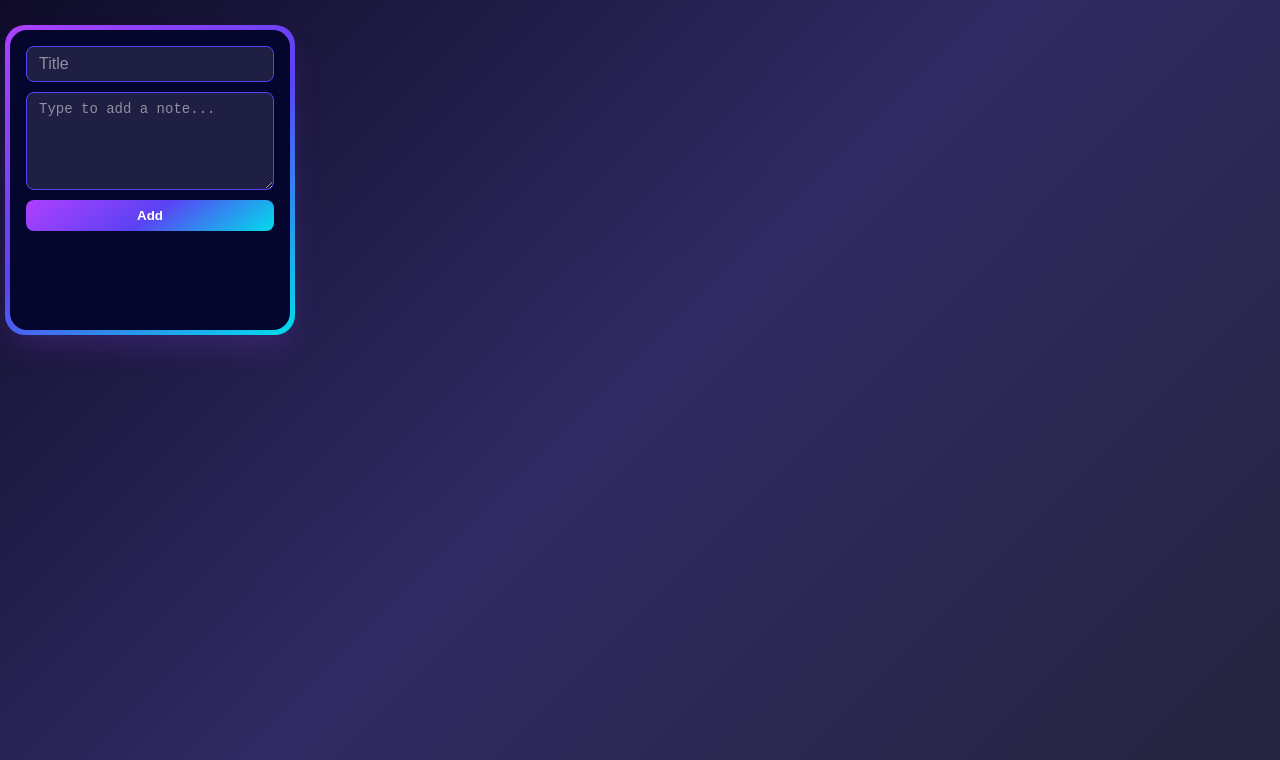
Repository: AJANI2005/Notes-App
Page: /
The author's editor kept a copy of each file at every save. The page is drawn from the files as they stood at one save, then again after the next save.
The browser window is 1280 px wide. The pictures show the whole page.
The project was rebuilt for these pictures with package versions that can differ from the ones it lists, and the page was loaded fresh each time. Also part of the build but not shown: vite.config.ts, src/style/dialogbox.css, src/DialogBox.tsx.

Above is the page before, as saved 2025-07-31 18:36:40.

### src/index.css
:root {
  font-family: system-ui, Avenir, Helvetica, Arial, sans-serif;
  font-synthesis: none;
  text-rendering: optimizeLegibility;
  -webkit-font-smoothing: antialiased;
  -moz-osx-font-smoothing: grayscale;
}

### src/App.tsx
import { useEffect, useState } from 'react';

// styles
import "./App.css"
import "./style/note.css"
import DialogBox from './DialogBox';


interface Note {
  id: number
  title: string;
  text: string;
}

const Note = () => {
  const [text, setText] = useState('');
  const [title, setTitle] = useState('');


  //Initialize Local Storage
  useEffect(() => {
    if (!localStorage.getItem("notes")) {
      localStorage.setItem("notes", JSON.stringify([]))
    }
    if (localStorage.getItem("title")) {
      setTitle(JSON.parse(localStorage.getItem("title")!))
    }
    if (localStorage.getItem("text")) {
      setText(JSON.parse(localStorage.getItem("text")!))
    }
  }, [])

  // Store Current Data (On Refresh)
  useEffect(() => {
    if (text === '' && title === '') return
    localStorage.setItem("title", JSON.stringify(title))
    localStorage.setItem("text", JSON.stringify(text))
  }, [text, title])

  const createNote = () => {
    const note = {
      id: Date.now(),
      title: title,
      text: text
    } as Note

    // add note
    const notes = JSON.parse(localStorage.getItem("notes")!)
    notes.push(note)
    localStorage.setItem("notes", JSON.stringify(notes))

    // reset state
    setTitle("")
    setText("")
    localStorage.setItem("title", JSON.stringify(""))
    localStorage.setItem("text", JSON.stringify(""))
  }

  return (
    <form className='note'>
      <div className="note-content">
        <input
          value={title}
          placeholder='Title'
          onChange={(e) => setTitle(e.target.value)}
          type="text" className='note-title-input' />
        <textarea
          value={text}
          onChange={(e) => setText(e.target.value)}
          className='note-input'
          placeholder='Type to add a note...'></textarea>
        <button className='addBtn' onClick={createNote}>Add</button>
      </div>

    </form>
  )
}

function App() {

  const [notes, setNotes] = useState([]);



  const [editing, setEditing] = useState(false);
  const [currentNote, setCurrentNote] = useState<Note | undefined>(undefined);


  //Initialize Local Storage
  useEffect(() => {
    if (localStorage.getItem("notes")) {
      setNotes(JSON.parse(localStorage.getItem("notes")!))
    }
  }, [])

  //Save current note
  const saveNote = () => {
    const notes = JSON.parse(localStorage.getItem("notes")!)
    const index = notes.findIndex((note: Note) => note.id === currentNote?.id)
    notes[index] = currentNote
    localStorage.setItem("notes", JSON.stringify(notes))
    setEditing(false)
    // refresh
    window.location.reload()
  }
  //Delete note
  const deleteNote = () => {
    const notes = JSON.parse(localStorage.getItem("notes")!)
    const index = notes.findIndex((note: Note) => note.id === currentNote?.id)
    notes.splice(index, 1)
    localStorage.setItem("notes", JSON.stringify(notes))
    setEditing(false)
    // refresh
    window.location.reload()
  }

  return (
    <div className='app'>
      <Note />
      {/* Display Notes */}
      <div className='notes-grid'>
        {notes.map((note: Note, index) => (
          <div key={index} className='note'>
            <div className='note-content'>
              <h2 className='note-title'>{note.title}</h2>
              <p className='note-text'>{note.text}</p>
              <button className='deleteBtn'
                onClick={deleteNote}>✖</button>
              <button className='editBtn' onClick={() => {
                setEditing(true);
                setCurrentNote(note);
              }}
              >📝</button>
            </div>
          </div>))}
      </div>

      {/* Edit Dialog Box */}
      <DialogBox isOpen={editing} onClose={() => setEditing(false)}>
        <form className='note'>
          <div className='note-content'>
            <input
              value={currentNote?.title}
              placeholder='Title'
              onChange={(e) => setCurrentNote({ ...currentNote, title: e.target.value } as Note)}
              type="text" className='note-title-input' />

            <textarea
              value={currentNote?.text}
              onChange={(e) => setCurrentNote({ ...currentNote, text: e.target.value } as Note)}
              className='note-input'
              placeholder='Type to add a note...'></textarea>

            <button className='addBtn' onClick={() => {
              saveNote()
              setEditing(false)
            }}>Save</button>
          </div>
        </form>
      </DialogBox>
    </div>
  )
}

export default App

### src/App.css
body {
  margin: 0;
  font-family: 'Inter', sans-serif;
  background: linear-gradient(135deg, #0f0c29, #302b63, #24243e);
  min-height: 100vh;
  padding: 20px 0;
  color: white;
}

### src/style/note.css
/* Outer Note Card - gradient like .card */
.note {
  display: flex;
  flex-direction: column;
  padding: 5px; /* leave room for inner card content */
  width: 280px;
  height: 300px; /* optional fixed height for card-like look */
  border-radius: 20px;
  background-image: linear-gradient(144deg, #AF40FF, #5B42F3 50%, #00DDEB);
  box-shadow: rgba(151, 65, 252, 0.2) 0 15px 30px -5px;
  margin:5px;
  position: relative;
  transition: transform 0.2s ease;
}

.note:hover {
  transform: translateY(-3px);
}

/* Inner dark content like .card__content */
.note-content {
  background: rgb(5, 6, 45); /* dark inner content */
  border-radius: 17px;
  flex: 1;
  padding: 16px;
  display: flex;
  flex-direction: column;
  gap: 10px;
  padding-bottom: 50px; /* make space for delete/edit buttons */
  color: white;
  position: relative;
}

/* Title input */
.note-title-input {
  padding: 8px 12px;
  font-size: 16px;
  font-weight: 500;
  border-radius: 8px;
  border: 1px solid #5B42F3;
  background: rgba(255,255,255,0.1);
  color: white;
  outline: none;
  transition: 0.2s;
}

.note-title-input::placeholder {
  color: rgba(255,255,255,0.5);
}

.note-title-input:focus {
  border-color: #00DDEB;
}

/* Textarea input */
.note-input {
  min-height: 80px;
  resize: vertical;
  padding: 8px 12px;
  font-size: 14px;
  border-radius: 8px;
  border: 1px solid #5B42F3;
  background: rgba(255,255,255,0.1);
  color: white;
  outline: none;
  transition: 0.2s;
}

.note-input::placeholder {
  color: rgba(255,255,255,0.5);
}

.note-input:focus {
  border-color: #00DDEB;
}

/* Add Button - matches gradient theme */
.addBtn {
  background-image: linear-gradient(144deg, #AF40FF, #5B42F3 50%, #00DDEB);
  color: white;
  border: none;
  padding: 8px 12px;
  border-radius: 8px;
  font-weight: 600;
  cursor: pointer;
  transition: transform 0.2s ease;
}

.addBtn:hover {
  transform: scale(1.05);
}

/* Delete and Edit Buttons */
.deleteBtn,
.editBtn {
  position: absolute;
  bottom: 12px;
  border: none;
  padding: 6px 10px;
  font-size: 14px;
  border-radius: 6px;
  cursor: pointer;
  color: white;
  transition: transform 0.2s ease, background-color 0.2s ease;
}

.deleteBtn {
  left: 12px;
  background-color: #ff6b6b;
}

.deleteBtn:hover {
  background-color: #e63946;
  transform: scale(1.05);
}

.editBtn {
  left: 65px;
  background-color: #4ff10f;
  color: #111;
}

.editBtn:hover {
  background-color: #49d611;
  transform: scale(1.05);
}

/* Title of the note */
.note-title {
  font-size: 18px;
  font-weight: 600;
  color: white;
  margin-bottom: 8px;
}

/* Text content of the note */
.note-text {
  font-size: 14px;
  color: rgba(255,255,255,0.85);
  line-height: 1.5;
  white-space: pre-wrap; /* respect \n */
}

/* Grid for all notes */
.notes-grid {
  display: grid;
  grid-template-columns: repeat(auto-fill, minmax(250px, 1fr));
  gap: 20px;
  padding: 20px;
  justify-items: center;
}

Loaded but not shown: index.html (common file); src/main.tsx (common file)

After the next save:
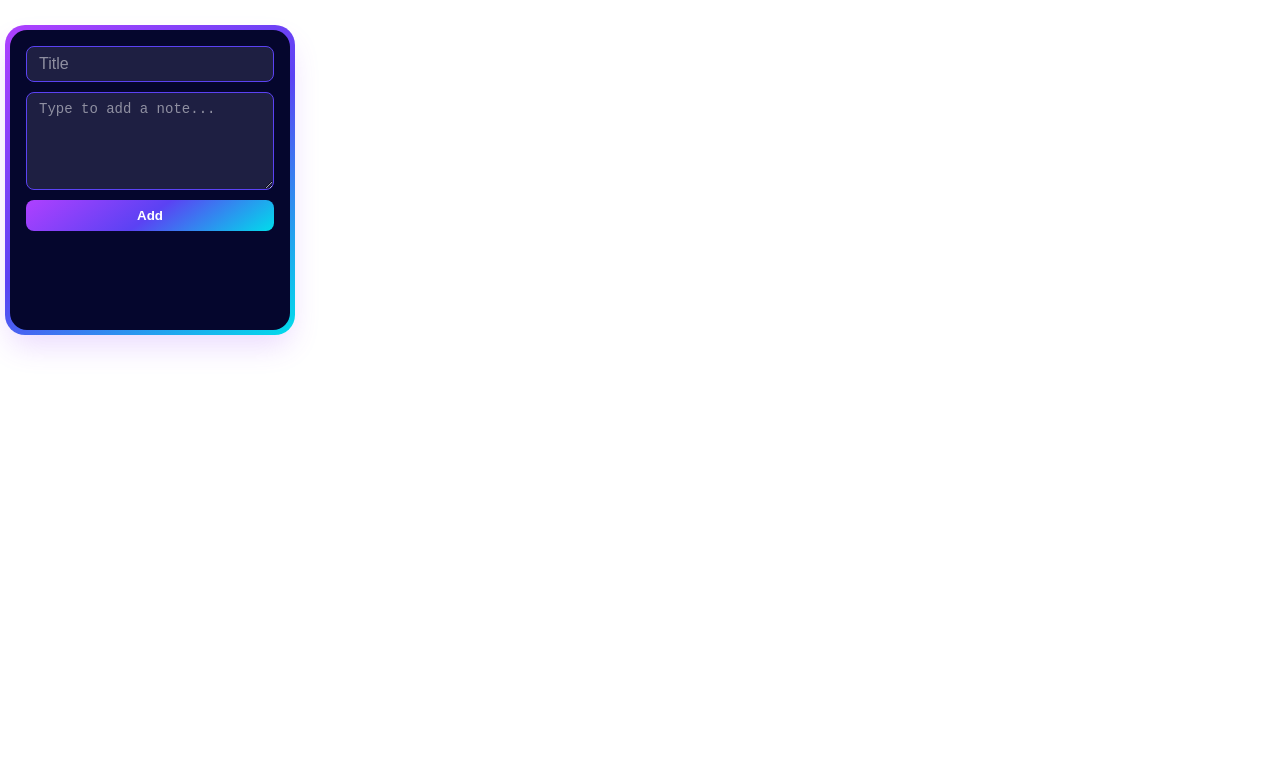
Saved 18 s later.
--- a/src/App.css
+++ b/src/App.css
@@ -1,7 +1,6 @@
 body {
   margin: 0;
   font-family: 'Inter', sans-serif;
-  background: linear-gradient(135deg, #0f0c29, #302b63, #24243e);
   min-height: 100vh;
   padding: 20px 0;
   color: white;

After the save that followed:
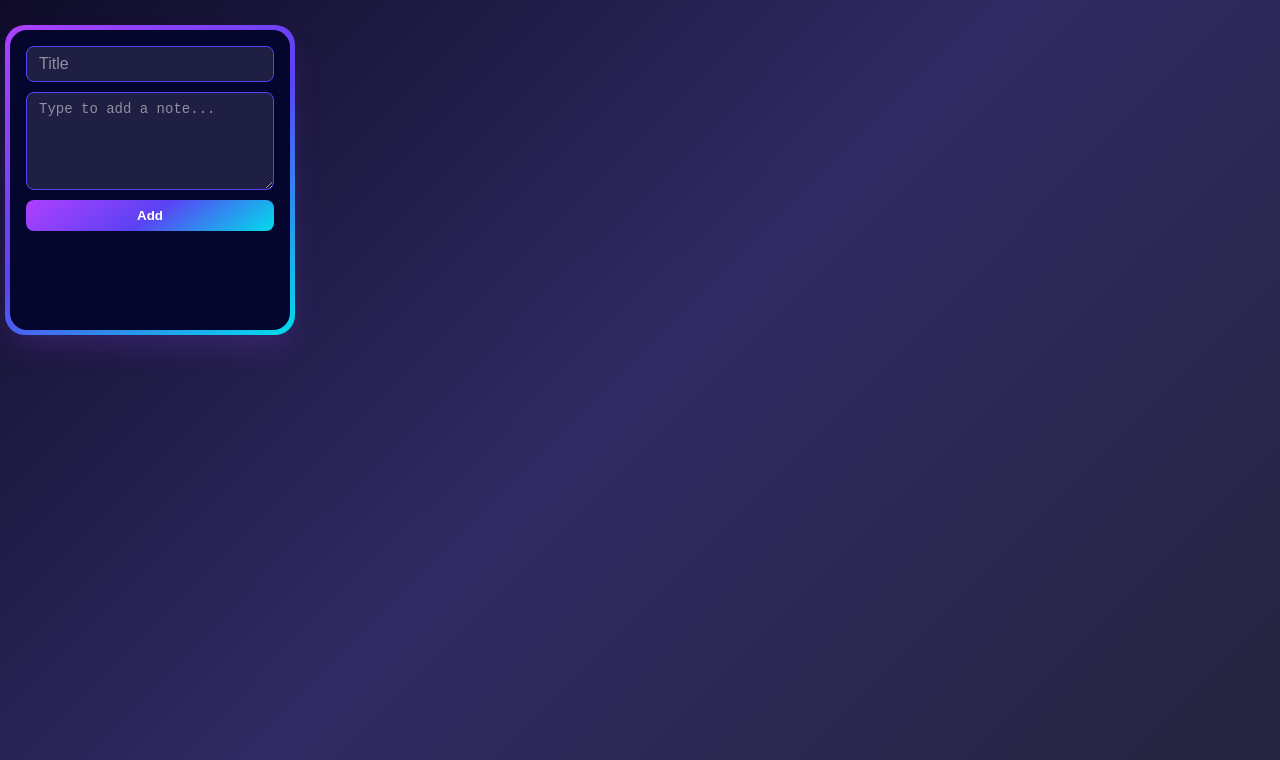
Saved 5 s later.
--- a/src/App.css
+++ b/src/App.css
@@ -1,6 +1,7 @@
 body {
   margin: 0;
   font-family: 'Inter', sans-serif;
+  background: linear-gradient(135deg, #0f0c29, #302b63, #24243e);
   min-height: 100vh;
   padding: 20px 0;
   color: white;
